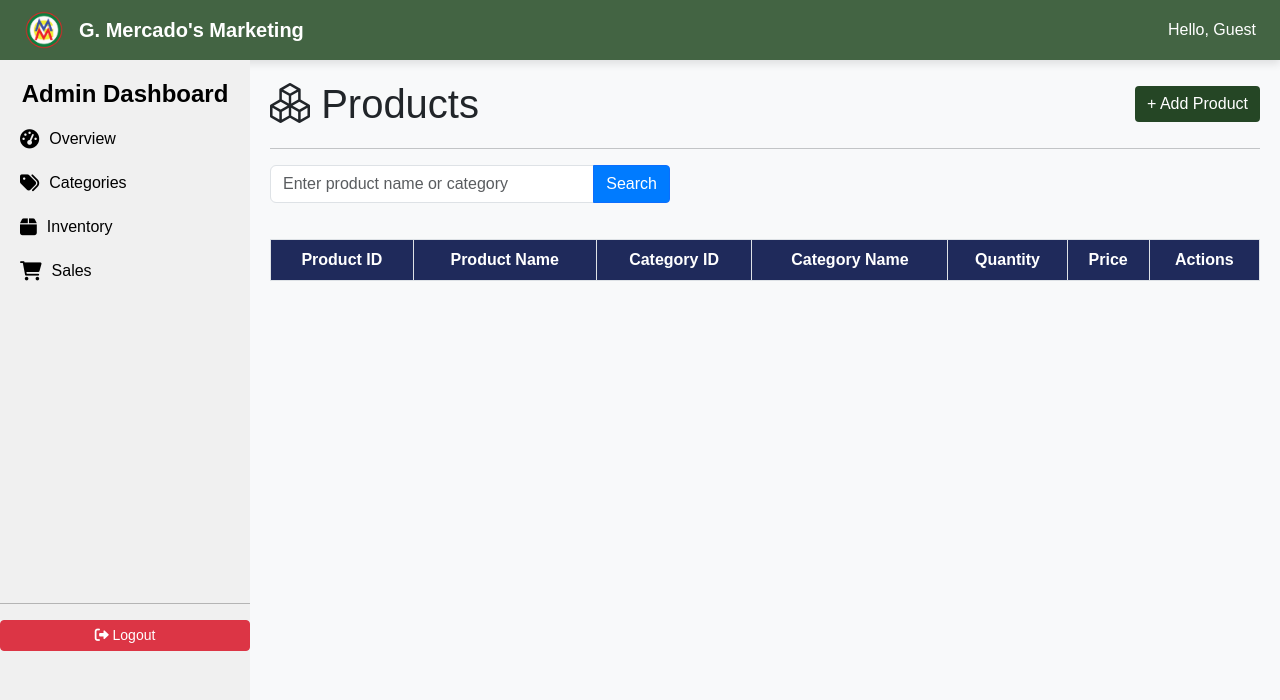
Repository: mandarein21/sales-inventory
Page: http://localhost/products
An editor plug-in stored every save of this project. The page is shown before and after the next save, followed by the edit.
The browser window is 1280 px wide. The pictures show the whole page.
Some web libraries are served in a nearby version. The page is served by the project's Node server (app.js). Other server files are loaded and not shown. Queries for data that is not in the repository find no rows.

Above is the page before, as saved 2024-10-31 09:09:56.

### public/css/style.css
body {
    display: flex;
    min-height: 100vh;
    overflow-x: hidden; /* Prevent horizontal scrolling */
    font-family: 'Poppins', sans-serif;
    background-color: #f8f9fa;
}

/* Navbar styles */
.navbar {
    background-color: rgb(67, 100, 67);
    color: white;
    padding: 0.3rem 1.5rem;
    box-shadow: 0 4px 8px rgba(0, 0, 0, 0.1);
    position: fixed;
    width: 100%;
    z-index: 1000;
}

.navbar-brand {
    font-weight: bold;
    font-size: 1.25rem;
    display: flex;
    align-items: center;
    color: white;
}

.navbar-brand img {
    height: 40px;
    margin-right: 15px;
}

.navbar-text {
    color: white;
    font-size: 1rem;
    margin-left: auto;
}

.navbar-toggler {
    border: none;
    background-color: transparent;
    outline: none;
}

.navbar-toggler span {
    color: white;
    font-size: 1.5rem;
}

/* Sidebar styles */
.sidebar {
    width: 250px;
    background-color: #f0f0f0;
    color: black;
    padding-top: 20px;
    position: fixed;
    top: 60px; /* Adjust this based on the exact height of your navbar */
    bottom: 0;
    overflow-y: auto;
    transition: transform 0.3s ease-in-out;
    transform: translateX(-100%);
    z-index: 1000; /* Set z-index below navbar to avoid overlap */
}

.sidebar.show {
    transform: translateX(0); /* Show sidebar */
}

.sidebar.hide {
    transform: translateX(-100%); /* Hide sidebar */
}

/* Adjust the content margin when the sidebar is toggled */
.content {
    flex-grow: 1;
    padding: 20px;
    margin-left: 250px;
    margin-top: 56px;
    background-color: #f8f9fa;
    transition: margin-left 0.3s ease-in-out;
}

.sidebar a {
    display: flex;
    align-items: center;
    padding: 10px 20px;
    color: black;
    text-decoration: none;
}

.sidebar a:hover {
    background-color: #777777;
}

.sidebar a i {
    margin-right: 10px;
    font-size: 1.2rem;
}

.sidebar .mt-auto {
    margin-top: auto;
}

/* Overview Tabs */
.overview-tabs {
    background-color: #313b64;
    padding: 10px;
    margin-bottom: 20px;
}

.overview-tabs a {
    color: white;
    margin-right: 20px;
    font-weight: bold;
}

/* Search box */
.search-box {
    background-color: #f1f3f5;
    padding: 20px;
    border-radius: 10px;
    margin-bottom: 20px;
}

/* Cards */
.card {
    margin: 10px;
    border: 1px solid #dee2e6;
}

.card-icon {
    font-size: 3rem;
}

/* Responsive adjustments */
@media (max-width: 768px) {
    .navbar-text {
        font-size: 0.85rem; /* Smaller text for smaller screens */
    }

    .navbar-toggler {
        font-size: 1.2rem;
    }

    .sidebar {
        width: 250px; /* Set the width for mobile */
        transform: translateX(-100%); /* Sidebar hidden by default */
    }

    .content {
        margin-left: 0; /* No sidebar space on mobile */
    }

    .overview-tabs a {
        margin-right: 10px;
        font-size: 0.9rem;
    }

    /* Adjust cards to stack vertically on small screens */
    .card {
        margin: 10px auto;
    }
}

@media (max-width: 576px) {
    .navbar-brand img {
        height: 30px;
    }

    .navbar-text {
        font-size: 0.75rem;
    }

    .card {
        margin: 10px 0;
    }
}

/* Table Styles */
.product-table th,
.product-table td {
    text-align: center;
}

.product-table th {
    background-color: #1f2a5b; /* Header color */
    color: white;
}

.product-table td {
    padding: 10px; /* Increased padding for better readability */
}

/* Search Bar */
.search-bar {
    margin-bottom: 20px;
}

.btn-add-product {
    background-color: #254625; /* Dark green */
    color: white;
    border: none;
}

.btnsearch {
    background-color: #304190; /* Blue */
    color: white;
}

/* Table Styles */
.sales-table {
    width: 100%;
    border-collapse: collapse; /* Ensures borders are collapsed */
}

.sales-table th,
.sales-table td {
    text-align: center;
}

.sales-table th {
    background-color: #1f2a5b; /* Header color */
    color: white;
}

.sales-table td {
    background-color: #ffffff; /* White background for table cells */
    border: 1px solid #dee2e6; /* Light border for cells */
}



/* Search Bar */
.search-bar {
    margin-bottom: 20px;
    max-width: 400px; /* Maximum width for the search bar */
}

.btn-add-sale {
    background-color: #254625; /* Dark green */
    color: white;
    border: none;
}

/* Button Styles */
.btn {
    border-radius: 0.25rem; /* Rounded corners for buttons */
    transition: background-color 0.3s; /* Smooth transition */
}

.btn:hover {
    opacity: 0.9; /* Slightly transparent on hover */
}

.btn-primary {
    background-color: #007bff; /* Bootstrap primary color */
}

/* Pagination Styles */
.pagination {
    margin: 0; /* Remove default margin */
}

.page-item .page-link {
    color: #007bff; /* Bootstrap primary color */
}

#logoutModal{
    top: 100px;
}


/* Cards */
.card {
    margin: 10px; /* Spacing between cards */
    border: none; /* Remove default border */
    border-radius: 10px; /* Rounded corners */
    background-color: #ffffff; /* White background */
    box-shadow: 0 4px 8px rgba(0, 0, 0, 0.1); /* Subtle shadow for depth */
    transition: transform 0.2s, box-shadow 0.2s; /* Smooth transitions */
}

.card:hover {
    transform: translateY(-5px); /* Slight lift effect on hover */
    box-shadow: 0 8px 16px rgba(0, 0, 0, 0.2); /* Deeper shadow on hover */
}

.card-header {
    background-color: #1f2a5b; /* Header color for cards */
    color: white; /* Text color for header */
    padding: 15px; /* Padding for header */
    border-top-left-radius: 10px; /* Rounded corners */
    border-top-right-radius: 10px; /* Rounded corners */
}

.card-body {
    padding: 20px; /* Padding for card content */
}

.card-icon {
    font-size: 2rem; /* Increase icon size */
    color: #1f2a5b; /* Color for icons */
    margin-bottom: 15px; /* Spacing below the icon */
}

.card-title {
    font-size: 25px; /* Title size */

    margin-bottom: 10px; /* Spacing below title */
}

.card-text {
    font-weight: bold; /* Bold title */
    font-size: 25px; /* Title size */
    color: #000000; /* Lighter color for text */
}

/* Responsive adjustments for cards */
@media (max-width: 768px) {
    .card {
        margin: 10px auto; /* Center cards on small screens */
        width: 90%; /* Full width for mobile */
    }
}

.logout {
    margin-top: 310px;
}


.chart-container {
    border: 1px solid #ccc; /* Optional: Add a border around the chart */
    padding: 10px; /* Optional: Add padding inside the chart container */
    border-radius: 5px; /* Optional: Rounded corners */
}

.mb-4 {
    margin-top: 20px; /* Increase space between chart and text */
}

Loaded but not shown: app.js (646 lines, source omitted); views/layouts/sidebar.ejs (19 lines, source omitted); views/layouts/navbar.ejs (16 lines, source omitted); views/product.ejs (500 lines, source omitted)

After the next save:
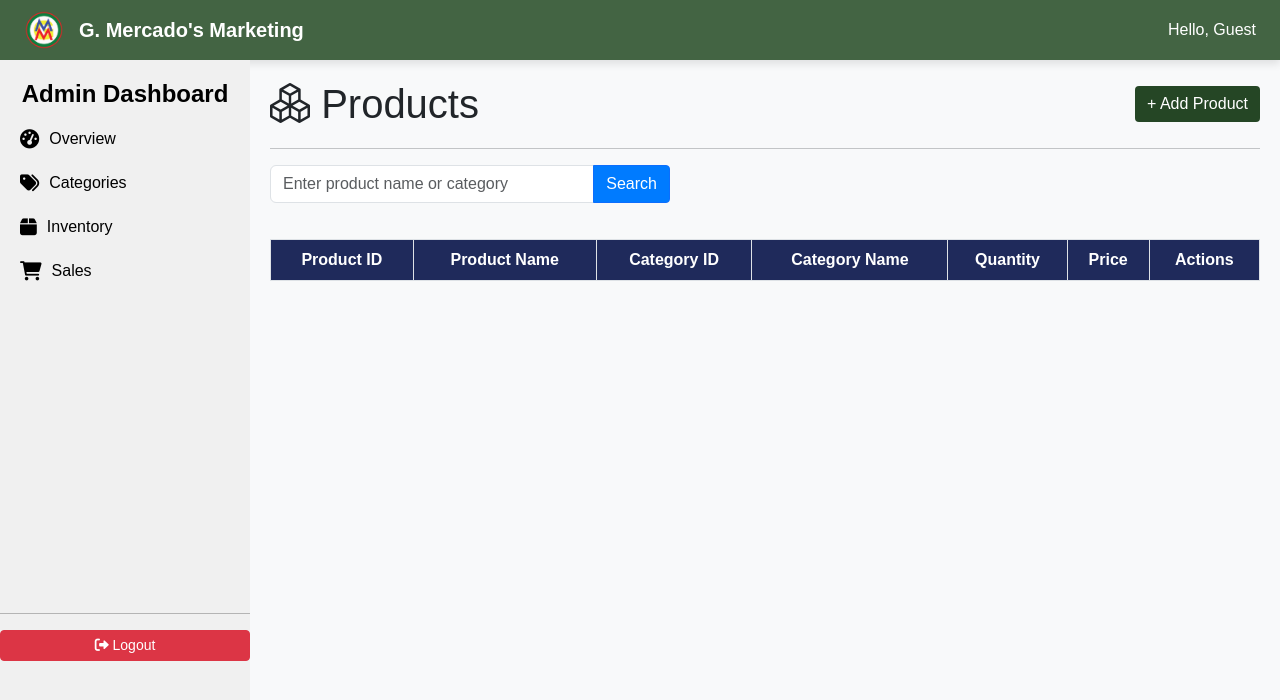
Saved 5 s later.
--- a/public/css/style.css
+++ b/public/css/style.css
@@ -324,7 +324,7 @@ body {
 }
 
 .logout {
-    margin-top: 310px;
+    margin-top: 320px;
 }
 
 
